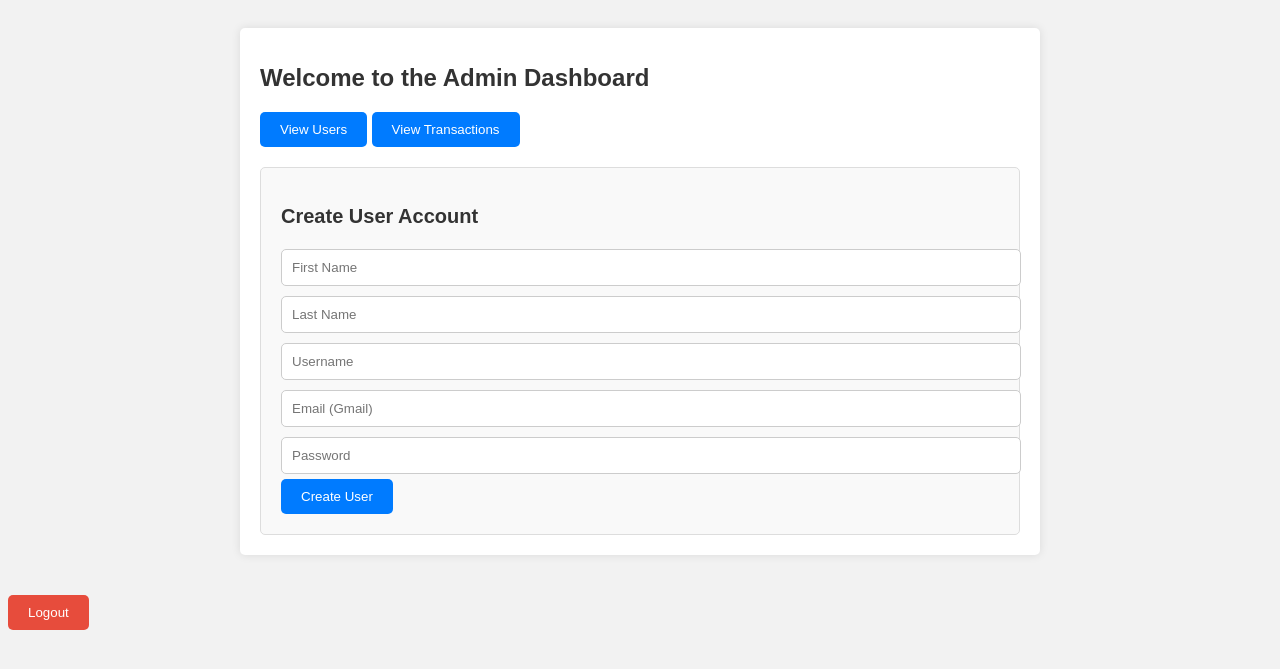
Repository: tanupatil1212/AurionproTraining
Page: http://localhost/08-bank-mvc/admin.jsp
These files come from the project's save history. The page is drawn as it stood at one moment and after the next save; the edit follows.
The browser window is 1280 px wide. The pictures show the whole page.
The page is served by Tomcat 9.

Above is the page before, as saved 2023-10-28 18:05:22.

After the next save:
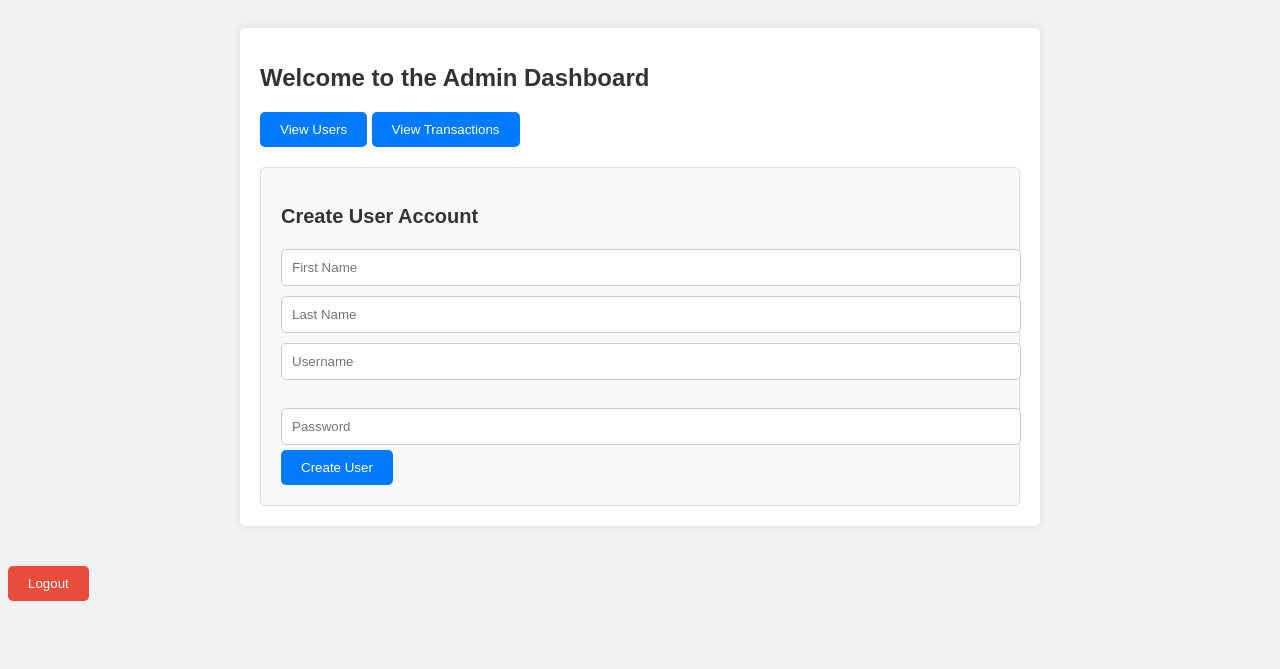
Saved 18 h 48 min later.
--- a/J2EE/08-bank-mvc/WebContent/admin.jsp
+++ b/J2EE/08-bank-mvc/WebContent/admin.jsp
@@ -121,15 +121,15 @@ body {
 					<input type="text" name="fname" placeholder="First Name" required><br>
 					<input type="text" name="lname" placeholder="Last Name" required><br>
 					<input type="text" name="username" placeholder="Username" required><br>
-					<input type="text" name="email" id="email"
-						placeholder="Email (Gmail)" required><br> <input
+					<!-- <input type="text" name="email" id="email"
+						placeholder="Email (Gmail)" required> --><br> <input
 						type="password" name="password" id="password"
 						placeholder="Password" required><br>
 					<button type="submit" name="action" value="createUser">Create
 						User</button>
 				</form>
 
-				<script>
+	<!-- 			<script>
 					function validateForm() {
 						var emailInput = document.getElementById("email").value;
 						var passwordInput = document.getElementById("password").value;
@@ -149,7 +149,7 @@ body {
 						return true; // Form will be submitted if both validations pass
 					}
 				</script>
-
+ -->
 			</div>
 		</div>
 	</div>
